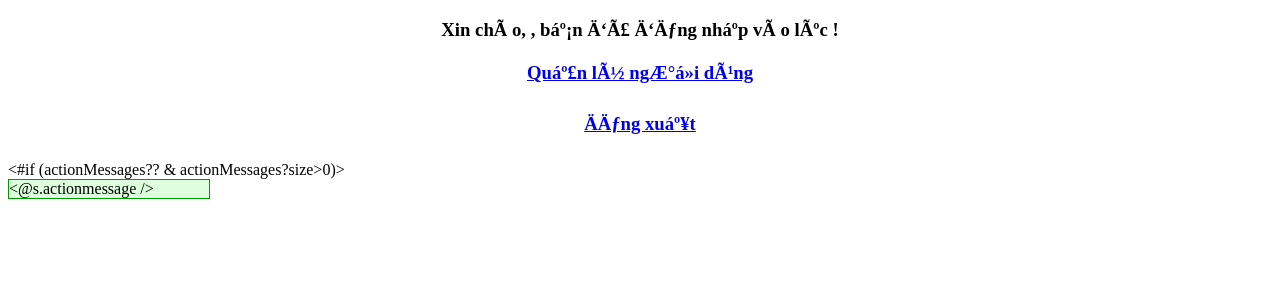
Repository: ngogiangthanh/wba-chuyende
Page: http://localhost/mylogin/WEB-INF/ftl/welcome.jsp
These files come from the project's save history. The page is drawn as it stood at one moment and after the next save; the edit follows.
The browser window is 1280 px wide. The pictures show the whole page.
The page is served by Tomcat 9. Nobody is signed in. Other server files are loaded and not shown. The template is opened directly, without the code that normally fills it, so the values that code supplies are empty.

Above is the page before, as saved 2015-10-30 09:32:17.

### mylogin/WebContent/WEB-INF/ftl/welcome.jsp
<!DOCTYPE html PUBLIC "-//W3C//DTD HTML 4.01 Transitional//EN" "http://www.w3.org/TR/html4/loose.dtd">
<html>
<head>
<meta http-equiv="Content-Type" content="text/html; charset=UTF-8">
<title>Đăng nhập thành công</title>
<style type="text/css">
.welcome {
	background-color: #DDFFDD;
	border: 1px solid #009900;
	width: 200px;
}

.welcome li {
	list-style: none;
}
</style>
</head>
<body>
	<center>
		<h3>
			Xin chào, <i> ${name}</i>, bạn đã đăng nhập vào lúc ${time}!
		</h3>
		<h3>
			<a href="quanly.html">Quản lý người dùng</a>
		</h3>
		<h3>
			<a href="logout.html">Đăng xuất</a>
		</h3>
	</center>
	<#if (actionMessages?? & actionMessages?size>0)>
	<div class="welcome"><@s.actionmessage /></div>
	</#if>
</body>
</html>

After the next save:
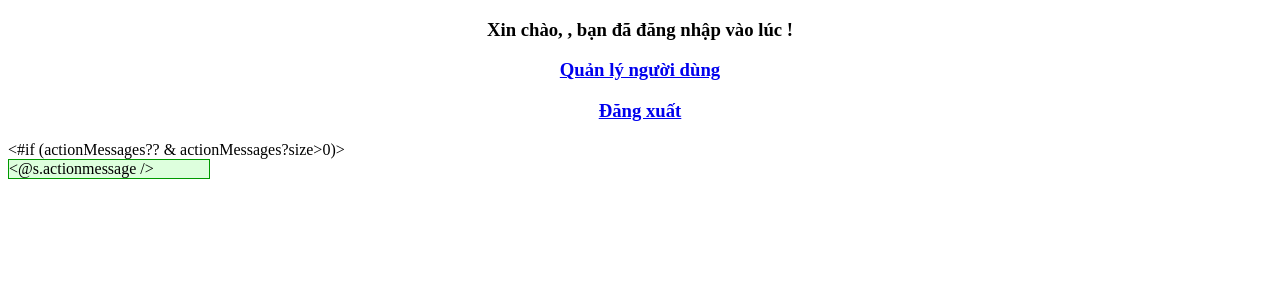
Saved 7 s later.
--- a/mylogin/WebContent/WEB-INF/ftl/welcome.jsp
+++ b/mylogin/WebContent/WEB-INF/ftl/welcome.jsp
@@ -1,4 +1,6 @@
-<!DOCTYPE html PUBLIC "-//W3C//DTD HTML 4.01 Transitional//EN" "http://www.w3.org/TR/html4/loose.dtd">
+<%@ page language="java" contentType="text/html; charset=UTF-8"
+	pageEncoding="UTF-8"%>
+	<!DOCTYPE html PUBLIC "-//W3C//DTD HTML 4.01 Transitional//EN" "http://www.w3.org/TR/html4/loose.dtd">
 <html>
 <head>
 <meta http-equiv="Content-Type" content="text/html; charset=UTF-8">
